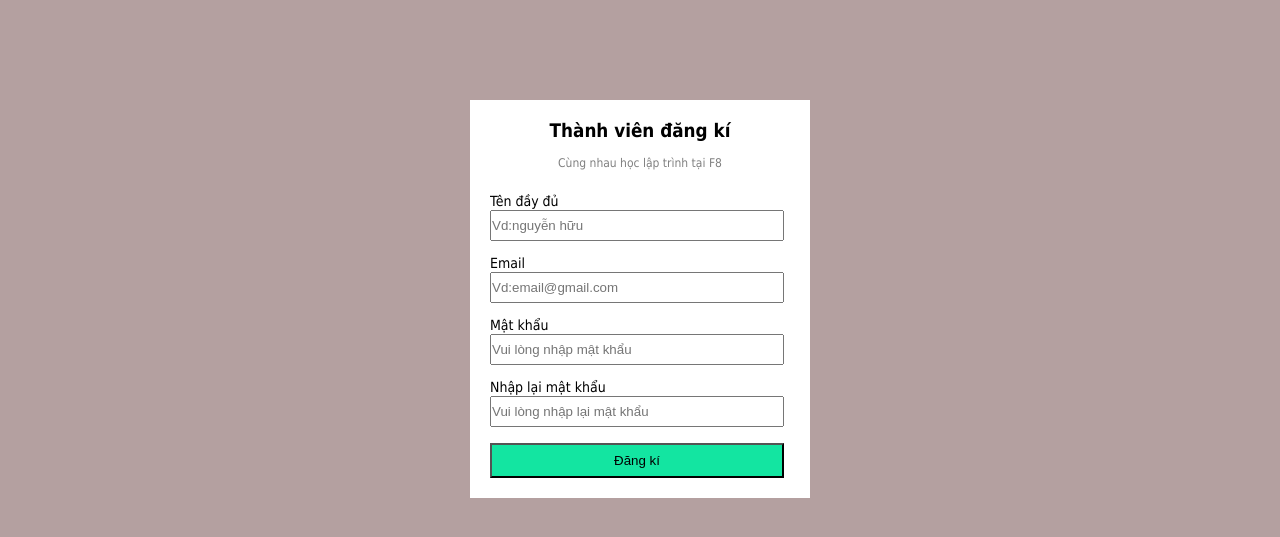
Repository: HuunvDev/Validator
Page: index.html
The author's editor kept a copy of each file at every save. The page is drawn from the files as they stood at one save, then again after the next save.
The browser window is 1280 px wide. The pictures show the whole page.

Above is the page before, as saved 2022-08-20 09:38:23.

After the next save:
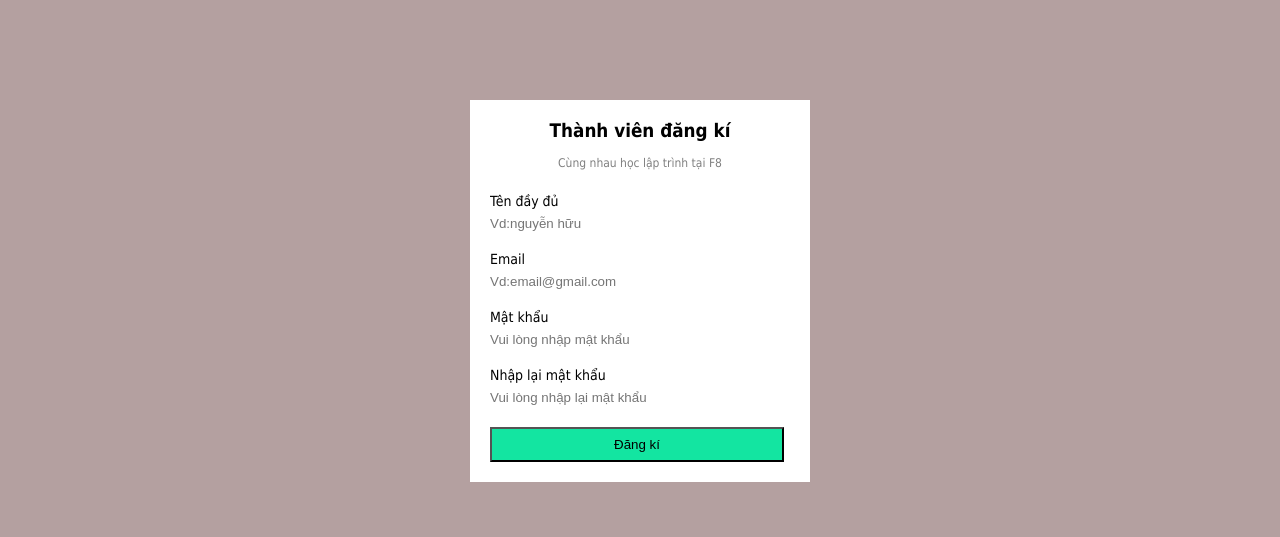
Saved 6 s later.
--- a/style.css
+++ b/style.css
@@ -35,7 +35,7 @@
 input {
     width: 290px;
     height: 27px;
-    border
+    border:none;
 }
 input:hover{
     border-color: rgb(129, 166, 166);

After the 2 saves that followed:
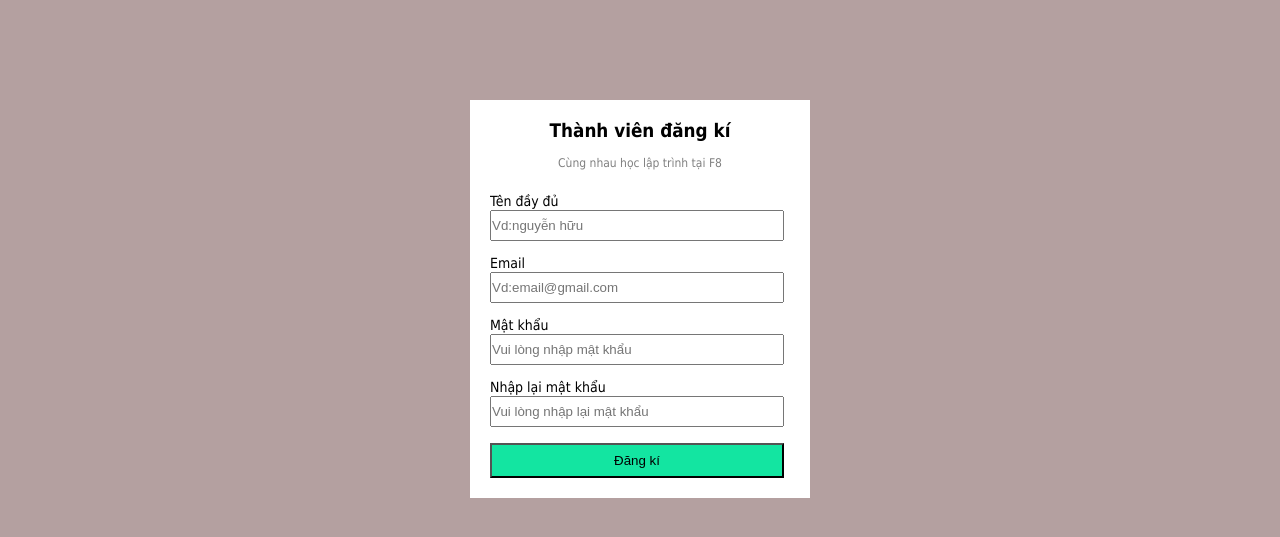
The 2 saves are shown as one change because they came seconds apart.
The last was saved 13 s later.
--- a/style.css
+++ b/style.css
@@ -35,7 +35,7 @@
 input {
     width: 290px;
     height: 27px;
-    border:none;
+    outline: none;
 }
 input:hover{
     border-color: rgb(129, 166, 166);
